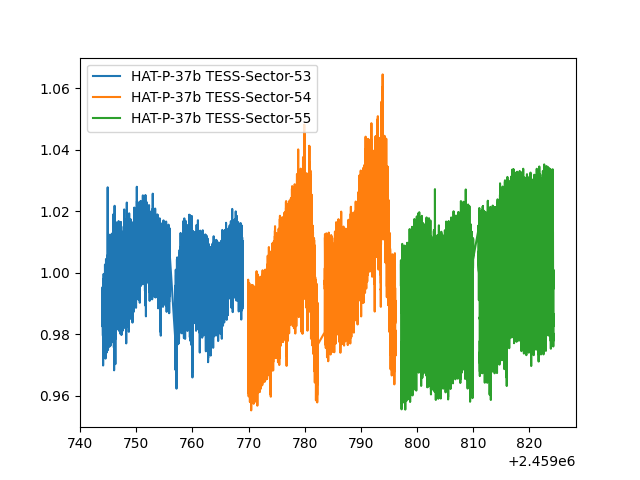
Repository: BoiseStatePlanetary/HAT-P-37-Transit-Timing-Analysis
Script's output: python code/tess_fitting.py
An editor plug-in stored every save of this project. The script's output is shown before and after a run of saves, followed by the edit.
Random numbers start from a fixed seed.

Above is the script's output before, as saved 2025-04-04 17:57:40.

After the next 3 saves:
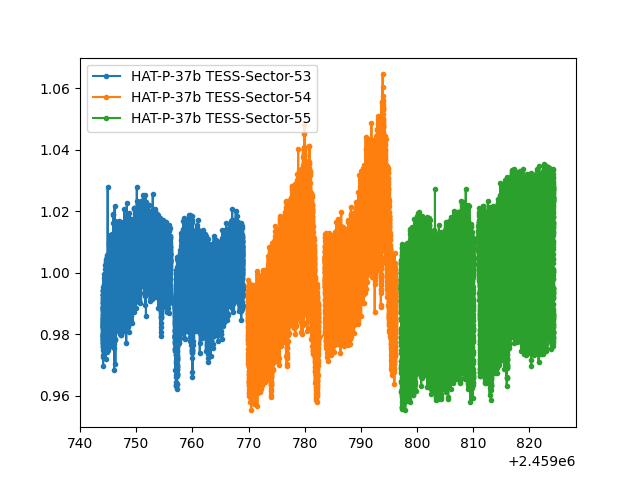
The 3 saves are shown as one change because they came seconds apart.
The last was saved 14 s later.
--- a/code/tess_fitting.py
+++ b/code/tess_fitting.py
@@ -22,7 +22,7 @@ def plot_data(file_name, color_dict):
     planet_name = file_split[-2]
     sector = file_split[-1].split(".")[0]
     # plt.errorbar(photdata["BJD_TDB"], photdata["flux"], yerr=photdata["error"], color='k', marker='.', ls='none', alpha=0.3)
-    plt.plot(photdata["BJD_TDB"], photdata["flux"], color=color_dict[sector], label=f"{planet_name} {sector}")
+    plt.plot(photdata["BJD_TDB"], photdata["flux"], color=color_dict[sector], marker=".", label=f"{planet_name} {sector}")
 
 
 if __name__ == "__main__":
